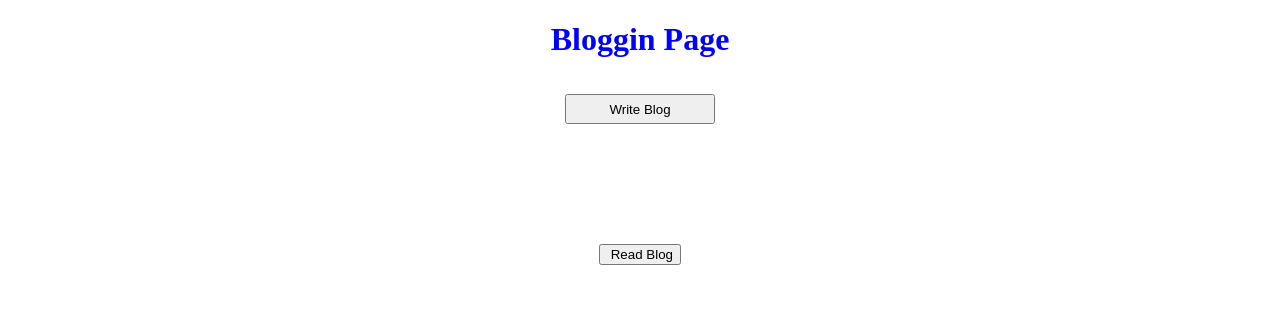
Repository: choubeyshubham018/CompleteJavaQuestions
Page: http://localhost/Ques_17_ServletBlogApplication/
An editor plug-in stored every save of this project. The page is shown before and after the next save, followed by the edit.
The browser window is 1280 px wide. The pictures show the whole page.
The page is served by Tomcat 9. Other server files are loaded and not shown.

Above is the page before, as saved 2023-09-19 06:29:12.

### Servlet Assignment/Ques_17_ServletBlogApplication/src/main/webapp/index.jsp
<%@ page language="java" contentType="text/html; charset=ISO-8859-1"
    pageEncoding="ISO-8859-1" %>
<!DOCTYPE html>
<html>
<head>
<meta charset="ISO-8859-1">
<title>Home Page</title>
</head>
<body>

<h1 style="text-align: center; color: blue;">Bloggin Page</h1>
<div style="display: flex; justify-content: center; height: 200px; flex-direction: column;align-items: center;">
<div style="padding: 30px; margin: 30px;">
<form action="./blog & s1=save %">
<input type="submit" value="Write Blog" style="height: 30px;width: 150px;">
</form>
</div>
<div style="padding: 30px; margin: 30px;">
<form action="./blog & s1=write %">
<input type="submit" value=" Read Blog">
</form>
</div>
</div>
</body>
</html>

After the next save:
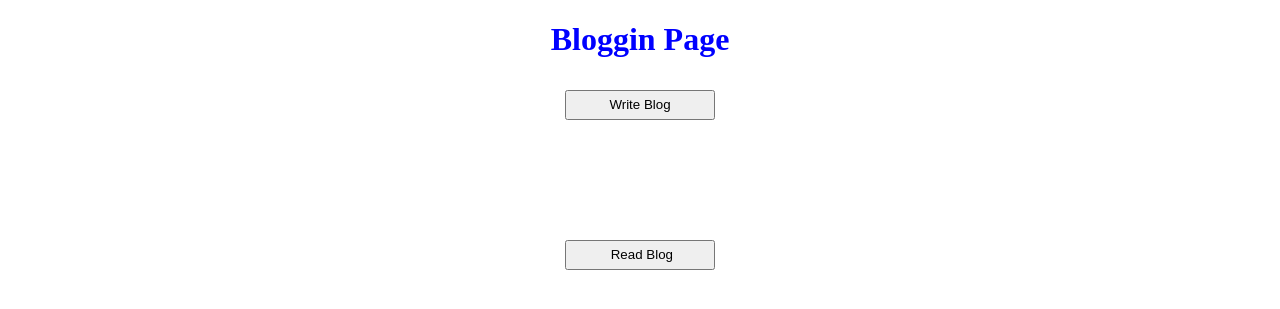
Saved 25 s later.
--- a/Servlet Assignment/Ques_17_ServletBlogApplication/src/main/webapp/index.jsp
+++ b/Servlet Assignment/Ques_17_ServletBlogApplication/src/main/webapp/index.jsp
@@ -17,7 +17,7 @@
 </div>
 <div style="padding: 30px; margin: 30px;">
 <form action="./blog & s1=write %">
-<input type="submit" value=" Read Blog">
+<input type="submit" value=" Read Blog" style="height: 30px;width: 150px;">
 </form>
 </div>
 </div>
